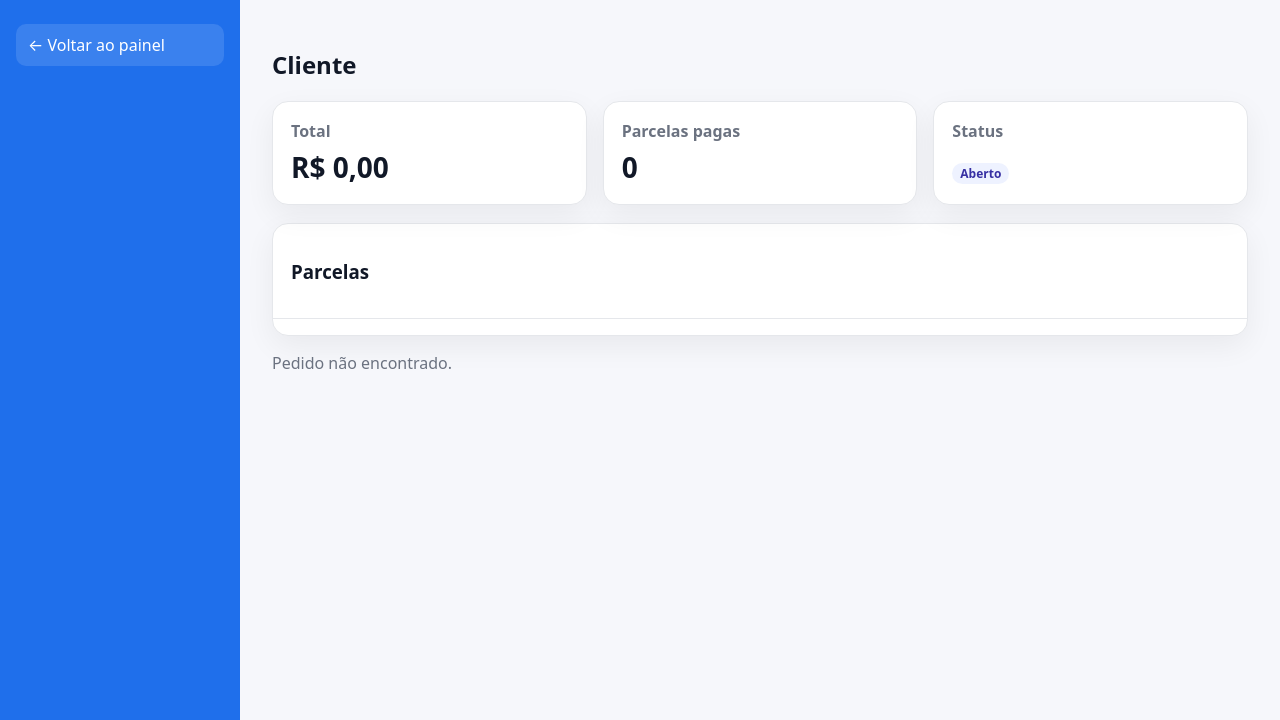
Repository: Rob-son-prog/NegocioSistema
Page: portal.html
These files come from the project's save history. The page is drawn as it stood at one moment and after the next save; the edit follows.
The browser window is 1280 px wide. The pictures show the whole page.

Above is the page before, as saved 2025-08-27 07:48:58.

After the next save:
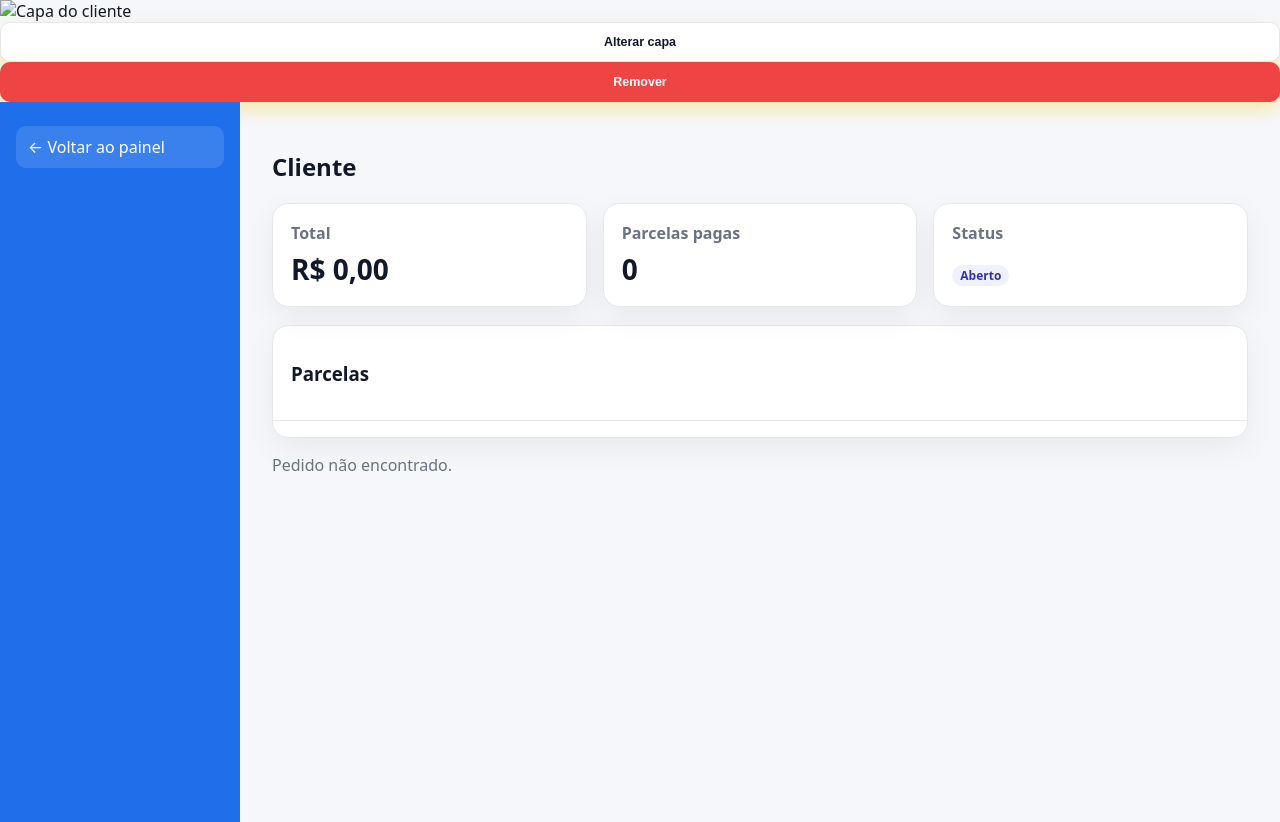
Saved 51 min 33 s later.
--- a/portal.html
+++ b/portal.html
@@ -8,6 +8,17 @@
 
 </head>
 <body class="dashboard">
+
+  <!-- Capa do cliente -->
+<div class="cover-wrap">
+  <img id="coverImg" alt="Capa do cliente" />
+  <div class="cover-actions">
+    <input type="file" id="coverInput" accept="image/*" hidden />
+    <button class="btn sm" id="btnChangeCover">Alterar capa</button>
+    <button class="btn sm danger" id="btnRemoveCover">Remover</button>
+  </div>
+</div>
+
   <div class="layout">
     <aside class="sidebar">
       <div class="menu">
